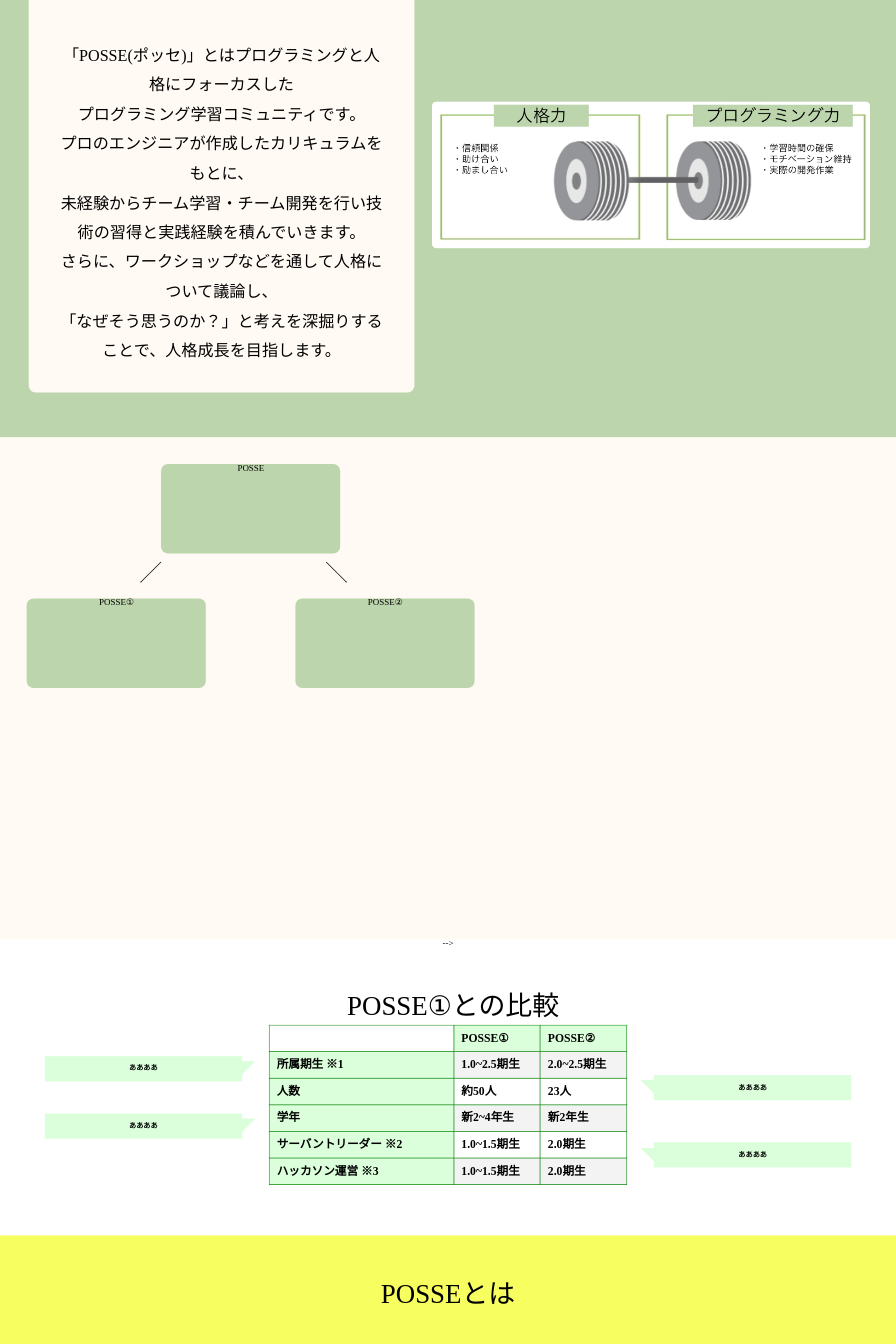
Repository: posse-ap/posse2-hackathon-202202-team2A
Page: topPage/index.html
These files come from the project's save history. The page is drawn as it stood at one moment and after the next save; the edit follows.
The browser window is 1280 px wide. The pictures show the part of the page from y = 2467 to 4387 px (the page is 6834 px tall), at 70% of full size.
Some web libraries are served in a nearby version.

Above is the page before, as saved 2022-02-15 15:21:31.
Console error (its wording comes from the project's code and is left out).

### topPage/index.html
<!DOCTYPE html>
<html lang="en">

<head>
    <meta charset="UTF-8" />
    <meta http-equiv="X-UA-Compatible" content="IE=edge" />
    <meta name="viewport" content="width=device-width, initial-scale=1.0" />
    <title>Document</title>
    <link rel="stylesheet" href="/reset.css" />
    <link rel="stylesheet" href="/topPage/style.css" />
</head>

<body>
    <header id="header" class="header">
        <div class="header_content">
            <div class="header_title">
                <img src="/topPage images/S__31211608.jpg" alt="" class="header_title_img">
            </div>
            <!-- ①サイトタイトル -->
            <div class="nav-wrapper header_links">
                <!-- ②ナビゲーションメニュー -->
                <nav class="header-nav">
                    <ul class="nav-list">
                        <li class="nav-item">
                            <a href="/topPage/index.html">トップ</a>
                        </li>
                        <li class="nav-item">
                            <a href="/stepPage/index.html">歩み</a>
                        </li>
                        <li class="nav-item">
                            <a href="/productionPage/index.html">制作物</a>
                        </li>
                        <li class="nav-item">
                            <a href="/freePage/index.html">インタビュー</a>
                        </li>
                    </ul>
                </nav>
            </div>
            <button class="burger-btn">
                <!-- ③ハンバーガーボタン -->
                <span class="bar bar_top"></span>
                <span class="bar bar_mid"></span>
                <span class="bar bar_bottom"></span>
            </button>
        </div>
    </header>

    <!-- TOP  -->
    <section class="top_section">
        <div class="top_image">
            <img src="/topPage images/test.jpg" alt="">
        </div>
        <div class="top_content">
            <h1 class="top_headline">作り上げる喜びをともに。</h1>
            <img class="top_logo" src="/topPage images/logo.PNG" alt="">
        </div>
    </section>
    <!-- <div class="slider"></div> -->

    <section class="intro_section">
        <div class="relative box">
            <img src="/topPage images/85003034_163x291.png" alt="" class="top_img">
            <div class="intro_section_introduction box2">
                <h2>これからPOSSE生活を送る大学一・二年生へ</h2>
            <p>POSSE入学おめでとう！</p>
            <p>コロナ禍でも充実した学生生活が送れるかな…<br>
                本音で語り合える仲間がほしい<br>
                プログラミングの学習に挫折しないか不安…<br>
                </p>
            <p>など、新しいコミュニティに入る不安いっぱいだと思います。<br>
                だからこそ、POSSE②に入ってほしい！！！！
                </p>
            <p>POSSE②は2021年に<br class="br">大学一年生を中心に立ち上げられた<br>POSSE内の新しいコミュニティです</p>
            <p> POSSE②には<br class="br">プログラミングの勉強も<br class="br">コミュニティ運営も<br>頑張りたい仲間がそろっています。</p>
            <p>運営経験豊富で、意欲がある、距離が近く親身に相談できる上級生のもとで<br>プログラミングを学んでみませんか。</p>
            </div>
            <div class="line-add-container">
                <a class="btn btn-c btn--limegreen btn--cubic" href="https://docs.google.com/forms/d/1ORyh9wI3Cvl8ZOhT9qvZ0fhUsKa84D5LCKIpqRM9Kww/edit?usp=sharing">"POSSE②希望フォームは"<span>こちら</span></a>
                </div>
        </div>

        <!-- <div class="scroll scroll2"></div>
        <p class="section_question">そもそもPOSSEって何?</p>
    </section> -->


    <!-- ABOUT    -->
    <section class="about_section">
        <div class="about_flex">
            <div class="about_image">
                <img src="/topPage images/両輪.png" alt="">
            </div>
            <div class="about_content">
                <h1>POSSEとは？</h1>
                <p>「POSSE(ポッセ)」とはプログラミングと人格にフォーカスした<br>プログラミング学習コミュニティです。<br>
                    プロのエンジニアが作成したカリキュラムをもとに、<br>未経験からチーム学習・チーム開発を行い技術の習得と実践経験を積んでいきます。<br>
                    さらに、ワークショップなどを通して人格について議論し、<br>「なぜそう思うのか？」と考えを深掘りすることで、人格成長を目指します。
                </p>
            </div>
        </div>

    </section>

    <section class="split_section">
        <div class="split_section_content1">
            <div>POSSE</div>
            <div>POSSE①</div>
            <div>POSSE②</div>
            <nav class="stick_arrow1"></nav>
            <nav class="stick_arrow2"></nav>
        </div>
        <!-- <div class="balloon3-right-btm">
            POINT
        </div> -->
        <div class="split_section_content2">
        </div>
    </section> -->

    <!-- COMPARE  -->
    <section class="compare_section">
        <div class="compare_data">
            <h1 class="compare_title">POSSE①との比較</h1>
            <div class="compare_box1">ああああ</div>
            <div class="compare_box2">ああああ</div>
            <div class="compare_box3">ああああ</div>
            <div class="compare_box4">ああああ</div>
            <table class="compare_table">
                <tr>
                    <td></td>
                    <th>POSSE①</th>
                    <th>POSSE②</th>
                </tr>
                <tr>
                    <th>所属期生 ※1</th>
                    <td>1.0~2.5期生</td>
                    <td>2.0~2.5期生</td>
                </tr>
                <tr>
                    <th>人数</th>
                    <td>約50人</td>
                    <td>23人</td>
                </tr>
                <tr>
                    <th>学年</th>
                    <td>新2~4年生</td>
                    <td>新2年生</td>
                </tr>
                <tr>
                    <th>サーバントリーダー ※2</th>
                    <td>1.0~1.5期生</td>
                    <td>2.0期生</td>
                </tr>
                <tr>
                    <th>ハッカソン運営 ※3</th>
                    <td>1.0~1.5期生</td>
                    <td>2.0期生</td>
                </tr>
            </table>
        </div>
    </section>


        <section class="section3">
            <h2>POSSEとは</h2>
            <p>常に挑戦し続ける私たちのことを<br>
                より深く知ってもらうために。</p>
            <div class="section3_cards">
                <div class="section3_card">
                    <img src="/topPage images/S__31211608.jpg" alt="">
                    <h3>歩み</h3>
                </div>
                <div class="section3_card">
                    <img src="/topPage images/S__31211608.jpg" alt="">
                    <h3>制作物</h3>
                </div>
                <div class="section3_card">
                    <img src="/topPage images/S__31211608.jpg" alt="">
                    <h3>インタビュー</h3>
                </div>
            </div>
        </section>

        <!-- <section class="intro_section">
            <div class="relative box">
                <img src="/topPage images/85003034_163x291.png" alt="" class="top_img">
                <div class="intro_section_introduction box2">
                    <h2>これからPOSSE生活を送る大学一・二年生へ</h2>
                <p>POSSE入学おめでとう！</p>
                <p>コロナ禍でも充実した学生生活が送れるかな…<br>
                    本音で語り合える仲間がほしい<br>
                    プログラミングの学習に挫折しないか不安…<br>
                    </p>
                <p>など、新しいコミュニティに入る不安いっぱいだと思います。<br>
                    だからこそ、POSSE②に入ってほしい！！！！
                    </p>
                <p>POSSE②は2021年に<br class="br">大学一年生を中心に立ち上げられた<br>POSSE内の新しいコミュニティです</p>
                <p> POSSE②には<br class="br">プログラミングの勉強も<br class="br">コミュニティ運営も<br>頑張りたい仲間がそろっています。</p>
                <p>運営経験豊富で、意欲がある、距離が近く親身に相談できる上級生のもとで<br>プログラミングを学んでみませんか。</p>
                </div>
                <div class="line-add-container">
                    <a class="btn btn-c btn--limegreen btn--cubic" href="https://docs.google.com/forms/d/1ORyh9wI3Cvl8ZOhT9qvZ0fhUsKa84D5LCKIpqRM9Kww/edit?usp=sharing">"POSSE②希望フォームは"<span>こちら</span></a>
                    </div>
            </div>
    -->

        <section class="section5">
            <h2>よくある質問にクイズ形式で答えるよ</h2>
            <div id="section_quiz">
            </div>
            <div>
                <p> 上記のようなクイズならPOSSE入学後2ヶ月以内には作れるようになるよ！！！</p>
            </div>
        </section>



    <footer class="footer">
        <div class='footer_box'>
            <div class="footer_box1">
                <div class='footer_official_box'>
                    <label for="logo"><p>POSSE</p></label>
                    <!-- <a id='logo'  href="https://posse.anti-pattern.co.jp/"><img class='posse_logo_footer' src="img\posseLogo.png" alt="ポッセロゴ"></a> -->
                </div>
                <div class='footer_other_box'>
                    <div class='footer_page_in_site'>
                        <a href="/topPage/index.html">トップ</a>
                        <a href="/stepPage/index.html">歩み</a>
                        <a href="/productionPage/index.html">制作物</a>
                        <a href="/freePage/index.html">インタビュー</a>
                    </div>
                </div>
            </div>
            <div class='SNS'>
                <p>各種ＳＮＳ</p>
                <div class='SNS_box'>
                    <a href=""><img src="/topPage images/LINE.png" alt=""></a>
                    <a href="https://instagram.com/posse_programming?utm_medium=copy_link"><img src="/topPage images/instagram2.png" alt="instagram"></a>
                    <a href="https://twitter.com/posse_program?s=20"><img src="/topPage images/twitter2.png" alt="twitter"></a>
                </div>
            </div>
        </div>
    </footer>

    <script src="//ajax.googleapis.com/ajax/libs/jquery/1.10.2/jquery.min.js"></script>
    <script src="https://cdnjs.cloudflare.com/ajax/libs/gsap/2.1.3/TweenMax.min.js"></script>
    <script src="https://cdnjs.cloudflare.com/ajax/libs/gsap/2.1.3/TimelineMax.min.js"></script>
    <script src="https://ajax.googleapis.com/ajax/libs/jquery/3.6.0/jquery.min.js"></script>
    <script src="/topPage/script.js"></script>
</body>

</html>

Loaded but not shown: reset.css (common file); topPage/script.js (109 lines, source omitted); topPage/style.css (1901 lines, source omitted)

After the next save:
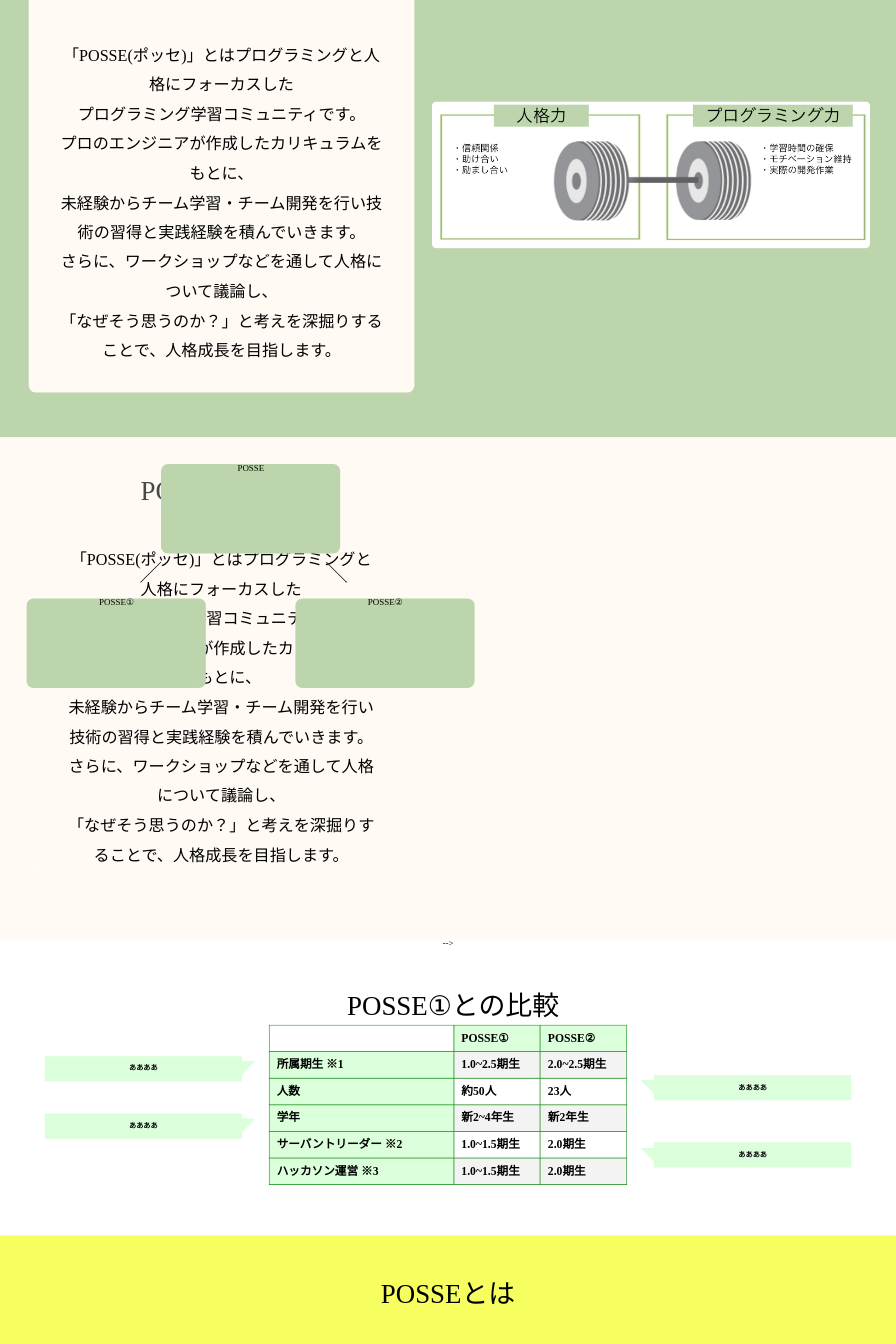
Saved 20 s later.
--- a/topPage/index.html
+++ b/topPage/index.html
@@ -113,6 +113,13 @@
             POINT
         </div> -->
         <div class="split_section_content2">
+            <div class="about_content">
+                <h1>POSSEとは？</h1>
+                <p>「POSSE(ポッセ)」とはプログラミングと人格にフォーカスした<br>プログラミング学習コミュニティです。<br>
+                    プロのエンジニアが作成したカリキュラムをもとに、<br>未経験からチーム学習・チーム開発を行い技術の習得と実践経験を積んでいきます。<br>
+                    さらに、ワークショップなどを通して人格について議論し、<br>「なぜそう思うのか？」と考えを深掘りすることで、人格成長を目指します。
+                </p>
+            </div>
         </div>
     </section> -->
 
